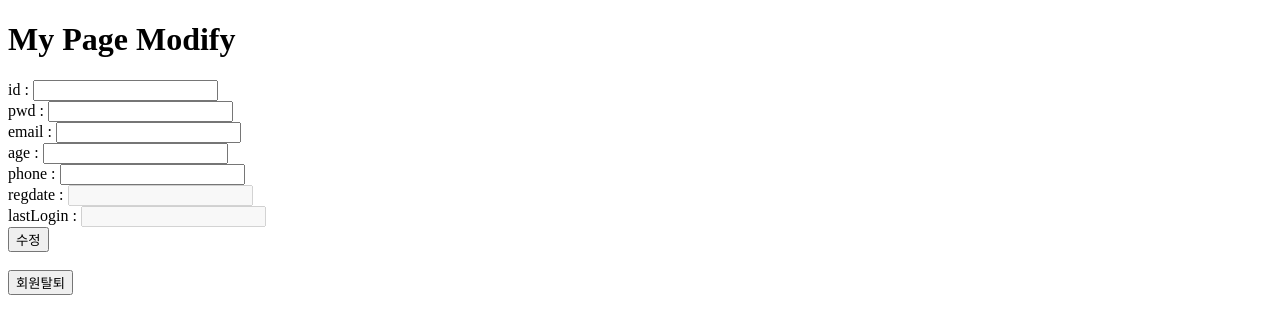
Repository: gajami-kim/jspStudy240430
Page: http://localhost/jsp_study/member/modify.jsp
These files come from the project's save history. The page is drawn as it stood at one moment and after the next save; the edit follows.
The browser window is 1280 px wide. The pictures show the whole page.
The page is served by Tomcat 9. Other server files are loaded and not shown. The template is opened directly, without the code that normally fills it, so the values that code supplies are empty.

Above is the page before, as saved 2024-04-16 01:21:06.

### jsp_study/src/main/webapp/member/modify.jsp
<%@ page language="java" contentType="text/html; charset=UTF-8"
    pageEncoding="UTF-8"%>
<!DOCTYPE html>
<html>
<head>
<meta charset="UTF-8">
<title>Insert title here</title>
</head>
<body>
<h1>My Page Modify</h1>
	<!-- readonly는 읽기만 / 데이터 보낼수있음 -->
	<!-- disabled는 읽기만 / 데이터 보내지않음 ! -->
	<form action="/memb/update" method="post">
		id :    <input type="text" name="id" value="${ses.id }" readonly="readonly"> <br>
		pwd :   <input type="text" name="pwd" value="${ses.pwd }"> <br>
		email : <input type="text" name="email" value="${ses.email }"> <br>
		age :   <input type="text" name="age" value="${ses.age }"> <br>
		phone : <input type="text" name="phone" value="${ses.phone }"> <br>
		regdate : <input type="text" name="regdate" value="${ses.regdate }" disabled="disabled"><br>
		lastLogin : <input type="text" name="lastlogin" value="${ses.lastlogin }" disabled="disabled">
		<br>
		<button type="submit">수정</button>
	</form>
	<br>
	<!-- button의 기본타입은 submit / type을 submit으로 주고 a태그로 링크를 달면 button을 눌렀을 때 경로가 2가지가 됨 => 오류발생 -->
	<a href="/memb/delete"> <button type="button">회원탈퇴</button> </a>

	<script type="text/javascript">
		const msg_update = `<c:out value="${msg_update }"></c:out>`;
		console.log(msg_update);
		if(msg_update==='-1') {
			alert("회원수정이 실패했습니다. 다시 시도해주세요");
		}
	</script>
</body>
</html>

After the next save:
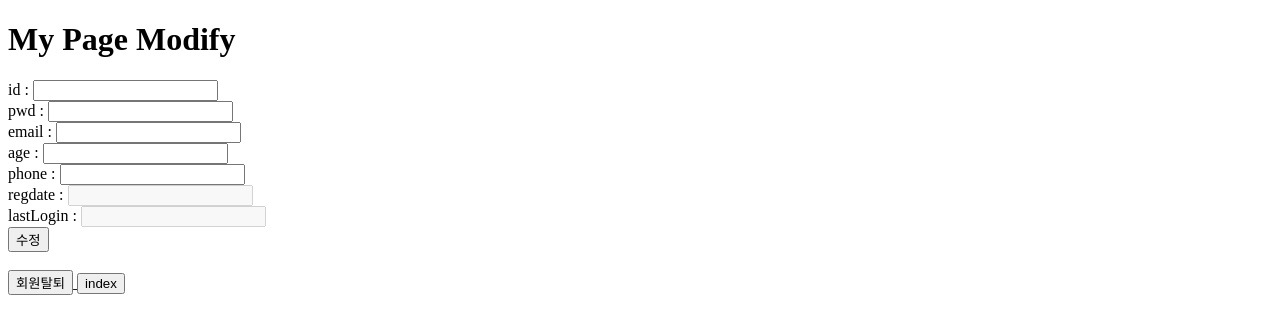
Saved 18 min 22 s later.
--- a/jsp_study/src/main/webapp/member/modify.jsp
+++ b/jsp_study/src/main/webapp/member/modify.jsp
@@ -24,6 +24,7 @@
 	<br>
 	<!-- button의 기본타입은 submit / type을 submit으로 주고 a태그로 링크를 달면 button을 눌렀을 때 경로가 2가지가 됨 => 오류발생 -->
 	<a href="/memb/delete"> <button type="button">회원탈퇴</button> </a>
+	<a href="../index.jsp"> <button type="button">index</button>  </a>
 
 	<script type="text/javascript">
 		const msg_update = `<c:out value="${msg_update }"></c:out>`;
